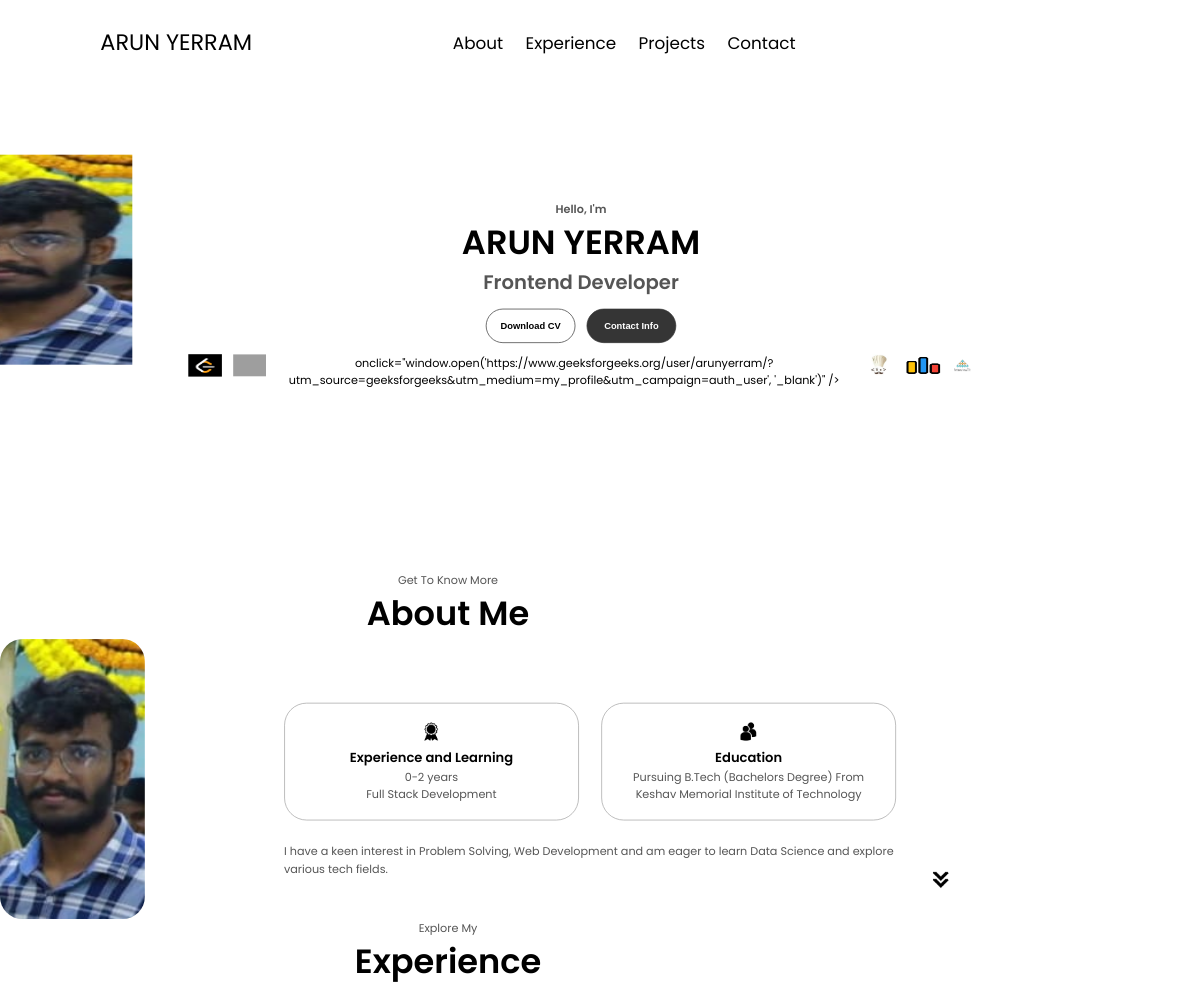
Repository: ARUN-YERRAM/ARUN-YERRAM-PORTFOLIO
Page: portfolio/index.html
The author's editor kept a copy of each file at every save. The page is drawn from the files as they stood at one save, then again after a run of saves.
The browser window is 1280 px wide. The page is 1391 px wide, then 1700 px, so the pictures cover 1700 px, including what lies to the right of the window. The pictures show the part of the page from y = 0 to 1440 px (the page is 3129 px tall), at 70% of full size.
Pictures or frames that could not be fetched are drawn as grey boxes.

Above is the page before, as saved 2024-07-07 04:43:45.

### portfolio/index.html
<!DOCTYPE html>
<html lang="en">
<head>
  <meta charset="UTF-8" />
  <meta http-equiv="X-UA-Compatible" content="IE=edge" />
  <meta name="viewport" content="width=device-width, initial-scale=1.0" />
  <title>My Portfolio</title>
  <link rel="stylesheet" href="style.css" />
  <link rel="stylesheet" href="mediaqueries.css" />
</head>
<body>
  <nav id="desktop-nav">
    <div class="logo">ARUN YERRAM</div>
    <div>
      <ul class="nav-links">
        <li><a href="#about">About</a></li>
        <li><a href="#experience">Experience</a></li>
        <li><a href="#projects">Projects</a></li>
        <li><a href="#contact">Contact</a></li>
      </ul>
    </div>
  </nav>
  <nav id="hamburger-nav">
    <div class="logo">ARUN YERRAM</div>
    <div class="hamburger-menu">
      <div class="hamburger-icon" onclick="toggleMenu()">
        <span></span>
        <span></span>
        <span></span>
      </div>
      <div class="menu-links">
        <li><a href="#about" onclick="toggleMenu()">About</a></li>
        <li><a href="#experience" onclick="toggleMenu()">Experience</a></li>
        <li><a href="#projects" onclick="toggleMenu()">Projects</a></li>
        <li><a href="#contact" onclick="toggleMenu()">Contact</a></li>
      </div>
    </div>
  </nav>
  <section id="profile">
    <div class="section__pic-container">
      <img src="./assets/Photo1.jpg" alt="John Doe profile picture" width="300px" height="300px" />
    </div>
    <div class="section__text">
      <p class="section__text__p1">Hello, I'm</p>
      <h1 class="title">ARUN YERRAM</h1>
      <p class="section__text__p2">Frontend Developer</p>
      <div class="btn-container">
        <button class="btn btn-color-2" onclick="window.open('./assets/My_Resume.pdf')">Download CV</button>
        <button class="btn btn-color-1" onclick="location.href='./#contact'">Contact Info</button>
      </div>
      <div id="socials-container">
        <img src="./assets/leetcode.png" alt="My Leetcode profile" class="icon" onclick="window.open('https://leetcode.com/u/arun_2005/', '_blank')" width="80px"/>
        <img src="./assets/GFG.jpeg" alt="My GFG profile" class="icon" width="80px"/> onclick="window.open('https://www.geeksforgeeks.org/user/arunyerram/?utm_source=geeksforgeeks&utm_medium=my_profile&utm_campaign=auth_user', '_blank')" />
        <img src="./assets/CodeChef.jpeg" alt="My CodeChef profile" class="icon" onclick="window.open('https://www.codechef.com/users/yarun2k05', '_blank')" width="80px"/>
        <img src="./assets/Codeforces.png" alt="My CodeForces profile" class="icon" width="80px"onclick="window.open('https://codeforces.com/profile/Arunyerram_12', '_blank')" />
        <img src="./assets/IB.png" alt="My InterviewBit profile" class="icon" onclick="window.open('https://www.interviewbit.com/profile/yerram-arun/', '_blank')" />
      </div>
    </div>
  </section>
  <section id="about">
    <p class="section__text__p1">Get To Know More</p>
    <h1 class="title">About Me</h1>
    <div class="section-container">
      <div class="section__pic-container">
        <img src="./assets/Photo1.jpg" alt="Profile picture" class="about-pic" />
      </div>
      <div class="about-details-container">
        <div class="about-containers">
          <div class="details-container">
            <img src="./assets/experience.png" alt="Experience icon" class="icon" />
            <h3>Experience and Learning</h3>
            <p>0-2 years <br />Full Stack Development</p>
          </div>
          <div class="details-container">
            <img src="./assets/education.png" alt="Education icon" class="icon" />
            <h3>Education</h3>
            <p>Pursuing B.Tech (Bachelors Degree) From Keshav Memorial Institute of Technology <br /></p>
          </div>
        </div>
        <div class="text-container">
          <p>I have a keen interest in Problem Solving, Web Development and am eager to learn Data Science and explore various tech fields.</p>
        </div>
      </div>
    </div>
    <img src="./assets/arrow.png" alt="Arrow icon" class="icon arrow" onclick="location.href='./#experience'" />
  </section>
  <section id="experience">
    <p class="section__text__p1">Explore My</p>
    <h1 class="title">Experience</h1>
    <div class="experience-details-container">
      <div class="about-containers">
        <div class="details-container">
          <h2 class="experience-sub-title">Frontend Development</h2>
          <div class="article-container">
            <article>
              <img src="./assets/checkmark.png" alt="Experience icon" class="icon" />
              <div>
                <h3>HTML</h3>
                <p>Experienced</p>
              </div>
            </article>

            <article>
              <img src="./assets/checkmark.png" alt="Experience icon" class="icon" />
              <div>
                <h3>CSS</h3>
                <p>Experienced</p>
              </div>
            </article>

            <article>
              <img src="./assets/checkmark.png" alt="Experience icon" class="icon" />
              <div>
                <h3>JS</h3>
                <p>Intermediate</p>
              </div>
            </article>

            <article>
              <img src="./assets/checkmark.png" alt="Experience icon" class="icon" />
              <div>
                <h3>React</h3>
                <p>Intermediate</p>
              </div>
            </article>

            <article>
              <img src="./assets/checkmark.png" alt="Experience icon" class="icon" />
              <div>
                <h3>MongoDB</h3>
                <p>Intermediate</p>
              </div>
            </article>

            <article>
              <img src="./assets/checkmark.png" alt="Experience icon" class="icon" />
              <div>
                <h3>Node JS</h3>
                <p>Intermediate</p>
              </div>
            </article>

            <article>
              <img src="./assets/checkmark.png" alt="Experience icon" class="icon" />
              <div>
                <h3>Express JS</h3>
                <p>Intermediate</p>
              </div>
            </article>

            <article>
              <img src="./assets/checkmark.png" alt="Experience icon" class="icon" />
              <div>
                <h3>Git & GitHub</h3>
                <p>Intermediate</p>
              </div>
            </article>

          </div>
        </div>
        <div class="details-container">
          <h2 class="experience-sub-title">DSA and Languages</h2>
          <div class="article-container">
            <article>
              <img src="./assets/checkmark.png" alt="Experience icon" class="icon" />
              <div>
                <h3>CPP</h3>
                <p>Intermediate</p>
              </div>
            </article>
            <article>
              <img src="./assets/checkmark.png" alt="Experience icon" class="icon" />
              <div>
                <h3>Python</h3>
                <p>Intermediate</p>
              </div>
            </article>

            <article>
              <img src="./assets/checkmark.png" alt="Experience icon" class="icon" />
              <div>
                <h3>Java</h3>
                <p>Intermediate</p>
              </div>
            </article>

            <article>
              <img src="./assets/checkmark.png" alt="Experience icon" class="icon" />
              <div>
                <h3>C</h3>
                <p>Intermediate</p>
              </div>
            </article>
          </div>
        </div>
      </div>
    </div>
    <img src="./assets/arrow.png" alt="Arrow icon" class="icon arrow" onclick="location.href='./#projects'" />
  </section>
  <section id="projects">
    <p class="section__text__p1">Browse My Recent</p>
    <h1 class="title">Projects</h1>
    <div class="experience-details-container">
      <div class="about-containers">
        <div class="details-container color-container">
          <div class="article-container">
            <img src="./assets/P1.png" alt="Project 1" class="project-img" />
          </div>
          <h2 class="experience-sub-title project-title">NYAAYSAHAAYAK</h2>
          <div class="btn-container">
            <button class="btn btn-color-2 project-btn" onclick="location.href='https://github.com/ARUN-YERRAM/NYAAYSAHAAYAK'">GitHub</button>
            <button class="btn btn-color-2 project-btn" onclick="location.href=''">Live Demo</button>
          </div>
        </div>
        <div class="details-container color-container">
          <div class="article-container">
            <img src="./assets/project-2.png" alt="Project 2" class="project-img" />
          </div>
          <h2 class="experience-sub-title project-title">LecturesCheck</h2>
          <div class="btn-container">
            <button class="btn btn-color-2 project-btn" onclick="location.href='https://github.com/ARUN-YERRAM/LecturesCheck'">GitHub</button>
            <button class="btn btn-color-2 project-btn" onclick="location.href=''">Live Demo</button>
          </div>
        </div>
      </div>
    </div>
    <img src="./assets/arrow.png" alt="Arrow icon" class="icon arrow" onclick="location.href='./#contact'" />
  </section>
  <section id="contact">
    <p class="section__text__p1">Get in Touch</p>
    <h1 class="title">Contact Me</h1>
    <div class="contact-info-upper-container">
      <div class="contact-info-container">
        <img src="./assets/email.png" alt="Email icon" class="icon contact-icon email-icon" />
        <p><a href="mailto:arunyerram12022005@gmail.com">arunyerram12022005@gmail.com</a></p>
      </div>
      <div class="contact-info-container">
        <img src="./assets/linkedin.png" alt="LinkedIn icon" class="icon contact-icon" />
        <p><a href="https://www.linkedin.com/in/arun-yerram/">LinkedIn</a></p>
      </div>
    </div>
  </section>
  <footer>
    <nav>
      <div class="nav-links-container">
        <ul class="nav-links">
          <li><a href="#about">About</a></li>
          <li><a href="#experience">Experience</a></li>
          <li><a href="#projects">Projects</a></li>
          <li><a href="#contact">Contact</a></li>
        </ul>
      </div>
    </nav>
    <p>Copyright &#169; 2024 Arun Yerram. All Rights Reserved.</p>
  </footer>
  <script src="script.js"></script>
</body>
</html>

### portfolio/style.css
/* GENERAL */

@import url("https://fonts.googleapis.com/css2?family=Poppins:wght@300;400;500;600&display=swap");

* {
  margin: 0;
  padding: 0;
}

body {
  font-family: "Poppins", sans-serif;
}

html {
  scroll-behavior: smooth;
}

p {
  color: rgb(85, 85, 85);
}

/* TRANSITION */

a,
.btn {
  transition: all 300ms ease;
}


/* DESKTOP NAV */

nav,
.nav-links {
  display: flex;
}

nav {
  justify-content: space-around;
  align-items: center;
  height: 17vh;
}

.nav-links {
  gap: 2rem;
  list-style: none;
  font-size: 1.5rem;
}

a {
  color: black;
  text-decoration: none;
  text-decoration-color: white;
}

a:hover {
  color: grey;
  text-decoration: underline;
  text-underline-offset: 1rem;
  text-decoration-color: rgb(181, 181, 181);
}

.logo {
  font-size: 2rem;
}

.logo:hover {
  cursor: default;
}

/* HAMBURGER MENU */

#hamburger-nav {
  display: none;
}

.hamburger-menu {
  position: relative;
  display: inline-block;
}

.hamburger-icon {
  display: flex;
  flex-direction: column;
  justify-content: space-between;
  height: 24px;
  width: 30px;
  cursor: pointer;
}

.hamburger-icon span {
  width: 100%;
  height: 2px;
  background-color: black;
  transition: all 0.3 ease-in-out;
}

.menu-links {
  position: absolute;
  top: 100%;
  right: 0;
  background-color: white;
  width: fit-content;
  max-height: 0;
  overflow: hidden;
  transition: all 0.3 ease-in-out;
}

.menu-links a {
  display: block;
  padding: 10px;
  text-align: center;
  font-size: 1.5rem;
  color: black;
  text-decoration: none;
  transition: all 0.3 ease-in-out;
}

.menu-links li {
  list-style: none;
}

.menu-links.open {
  max-height: 300px;
}

.hamburger-icon.open span:first-child {
  transform: rotate(45deg) translate(10px, 5px);
}

.hamburger-icon.open span:nth-child(2) {
  opacity: 0;
}

.hamburger-icon.open span:last-child {
  transform: rotate(-45deg) translate(10px, -5px);
}

.hamburger-icon span:first-child {
  transform: none;
}

.hamburger-icon span:first-child {
  opacity: 1;
}

.hamburger-icon span:first-child {
  transform: none;
}


'.icon {
  width: 40px;
  height: 40px;
  margin: 0 10px;
  cursor: pointer;
}

#socials-container {
  display: flex;
  align-items: center;
  justify-content: center;
  margin-top: 20px;
}
'

/* SECTIONS */

section {
  padding-top: 4vh;
  height: 96vh;
  margin: 0 10rem;
  box-sizing: border-box;
  min-height: fit-content;
}

.section-container {
  display: flex;
}

/* PROFILE SECTION */

#profile {
  display: flex;
  justify-content: center;
  gap: 5rem;
  height: 80vh;
}

.section__pic-container {
  display: flex;
  height: 400px;
  width: 400px;
  margin: auto 0;
}

.section__text {
  align-self: center;
  text-align: center;
}

.section__text p {
  font-weight: 600;
}

.section__text__p1 {
  text-align: center;
}

.section__text__p2 {
  font-size: 1.75rem;
  margin-bottom: 1rem;
}

.title {
  font-size: 3rem;
  text-align: center;
}

#socials-container {
  display: flex;
  justify-content: center;
  margin-top: 1rem;
  gap: 1rem;
}

/* ICONS */

.icon {
  cursor: pointer;
  height: 2rem;
}

/* BUTTONS */

.btn-container {
  display: flex;
  justify-content: center;
  gap: 1rem;
}

.btn {
  font-weight: 600;
  transition: all 300ms ease;
  padding: 1rem;
  width: 8rem;
  border-radius: 2rem;
}

.btn-color-1,
.btn-color-2 {
  border: rgb(53, 53, 53) 0.1rem solid;
}

.btn-color-1:hover,
.btn-color-2:hover {
  cursor: pointer;
}

.btn-color-1,
.btn-color-2:hover {
  background: rgb(53, 53, 53);
  color: white;
}

.btn-color-1:hover {
  background: rgb(0, 0, 0);
}

.btn-color-2 {
  background: none;
}

.btn-color-2:hover {
  border: rgb(255, 255, 255) 0.1rem solid;
}

.btn-container {
  gap: 1rem;
}

/* ABOUT SECTION */

#about {
  position: relative;
}

.about-containers {
  gap: 2rem;
  margin-bottom: 2rem;
  margin-top: 2rem;
}

.about-details-container {
  justify-content: center;
  flex-direction: column;
}

.about-containers,
.about-details-container {
  display: flex;
}

.about-pic {
  border-radius: 2rem;
}

.arrow {
  position: absolute;
  right: -5rem;
  bottom: 2.5rem;
}

.details-container {
  padding: 1.5rem;
  flex: 1;
  background: white;
  border-radius: 2rem;
  border: rgb(53, 53, 53) 0.1rem solid;
  border-color: rgb(163, 163, 163);
  text-align: center;
}

.section-container {
  gap: 4rem;
  height: 80%;
}

.section__pic-container {
  height: 400px;
  width: 400px;
  margin: auto 0;
}

/* EXPERIENCE SECTION */

#experience {
  position: relative;
}

.experience-sub-title {
  color: rgb(85, 85, 85);
  font-weight: 600;
  font-size: 1.75rem;
  margin-bottom: 2rem;
}

.experience-details-container {
  display: flex;
  justify-content: center;
  flex-direction: column;
}

.article-container {
  display: flex;
  text-align: initial;
  flex-wrap: wrap;
  flex-direction: row;
  gap: 2.5rem;
  justify-content: space-around;
}

article {
  display: flex;
  width: 10rem;
  justify-content: space-around;
  gap: 0.5rem;
}

article .icon {
  cursor: default;
}

/* PROJECTS SECTION */

#projects {
  position: relative;
}

.color-container {
  border-color: rgb(163, 163, 163);
  background: rgb(250, 250, 250);
}

.project-img {
  border-radius: 2rem;
  width: 90%;
  height: 90%;
}

.project-title {
  margin: 1rem;
  color: black;
}

.project-btn {
  color: black;
  border-color: rgb(163, 163, 163);
}

/* CONTACT */

#contact {
  display: flex;
  justify-content: center;
  flex-direction: column;
  height: 70vh;
}

.contact-info-upper-container {
  display: flex;
  justify-content: center;
  border-radius: 2rem;
  border: rgb(53, 53, 53) 0.1rem solid;
  border-color: rgb(163, 163, 163);
  background: (250, 250, 250);
  margin: 2rem auto;
  padding: 0.5rem;
}

.contact-info-container {
  display: flex;
  align-items: center;
  justify-content: center;
  gap: 0.5rem;
  margin: 1rem;
}

.contact-info-container p {
  font-size: larger;
}

.contact-icon {
  cursor: default;
}

.email-icon {
  height: 2.5rem;
}

/* FOOTER SECTION */

footer {
  height: 26vh;
  margin: 0 1rem;
}

footer p {
  text-align: center;
}

### portfolio/mediaqueries.css
@media screen and (max-width: 1400px) {
  #profile {
    height: 83vh;
    margin-bottom: 6rem;
  }
  .about-containers {
    flex-wrap: wrap;
  }
  #contact,
  #projects {
    height: fit-content;
  }
}

@media screen and (max-width: 1200px) {
  #desktop-nav {
    display: none;
  }
  #hamburger-nav {
    display: flex;
  }
  #experience,
  .experience-details-container {
    margin-top: 2rem;
  }
  #profile,
  .section-container {
    display: block;
  }
  .arrow {
    display: none;
  }
  section,
  .section-container {
    height: fit-content;
  }
  section {
    margin: 0 5%;
  }
  .section__pic-container {
    width: 275px;
    height: 275px;
    margin: 0 auto 2rem;
  }
  .about-containers {
    margin-top: 0;
  }
}

@media screen and (max-width: 600px) {
  #contact,
  footer {
    height: 40vh;
  }
  #profile {
    height: 83vh;
    margin-bottom: 0;
  }
  article {
    font-size: 1rem;
  }
  footer nav {
    height: fit-content;
    margin-bottom: 2rem;
  }
  .about-containers,
  .contact-info-upper-container,
  .btn-container {
    flex-wrap: wrap;
  }
  .contact-info-container {
    margin: 0;
  }
  .contact-info-container p,
  .nav-links li a {
    font-size: 1rem;
  }
  .experience-sub-title {
    font-size: 1.25rem;
  }
  .logo {
    font-size: 1.5rem;
  }
  .nav-links {
    flex-direction: column;
    gap: 0.5rem;
    text-align: center;
  }
  .section__pic-container {
    width: auto;
    height: 46vw;
    justify-content: center;
  }
  .section__text__p2 {
    font-size: 1.25rem;
  }
  .title {
    font-size: 2rem;
  }
  .text-container {
    text-align: justify;
  }
}

Loaded but not shown: portfolio/script.js (common file)

After the next 2 saves:
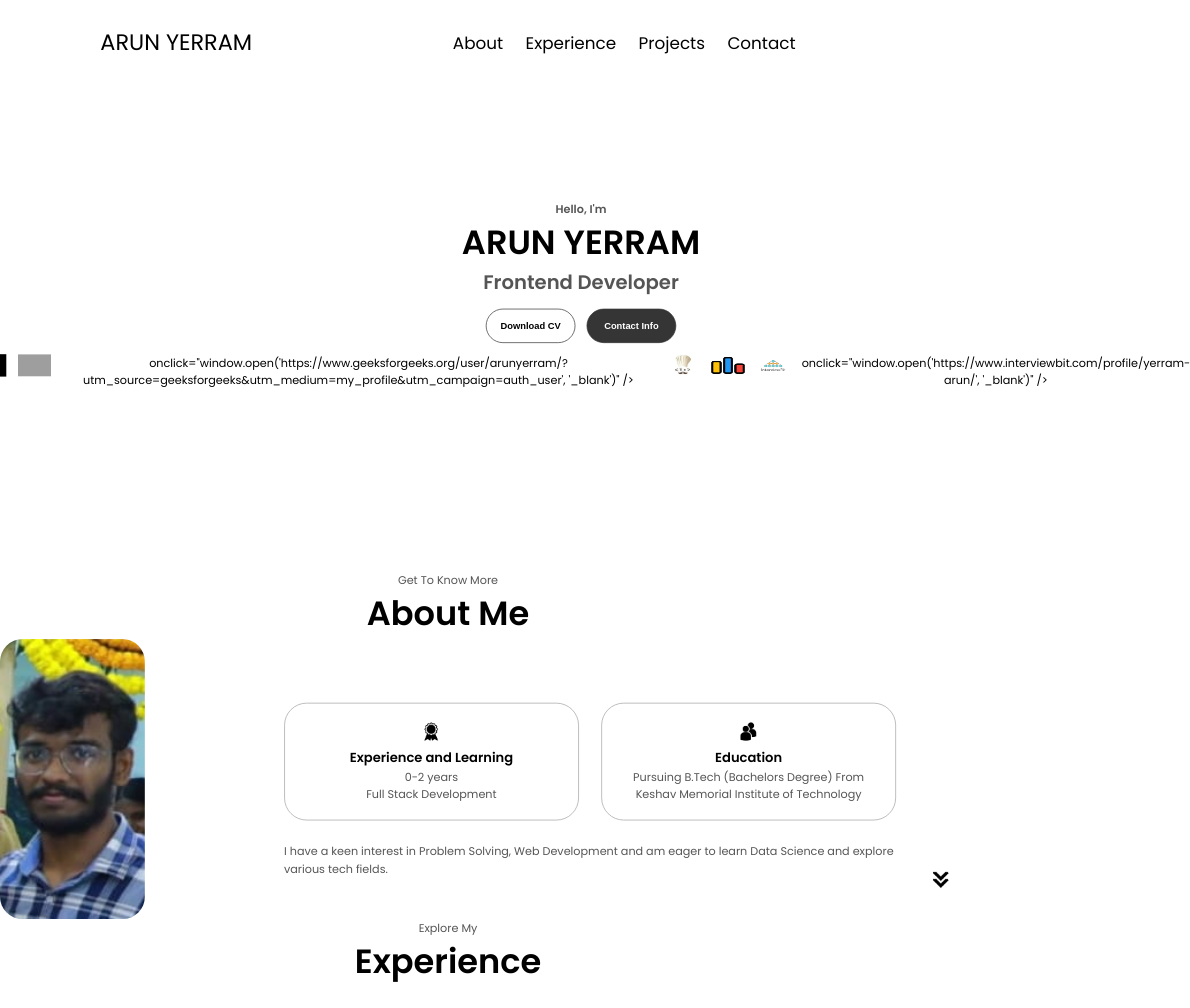
The 2 saves are shown as one change because they came seconds apart.
The last was saved 9 s later.
--- a/portfolio/index.html
+++ b/portfolio/index.html
@@ -53,7 +53,7 @@
         <img src="./assets/GFG.jpeg" alt="My GFG profile" class="icon" width="80px"/> onclick="window.open('https://www.geeksforgeeks.org/user/arunyerram/?utm_source=geeksforgeeks&utm_medium=my_profile&utm_campaign=auth_user', '_blank')" />
         <img src="./assets/CodeChef.jpeg" alt="My CodeChef profile" class="icon" onclick="window.open('https://www.codechef.com/users/yarun2k05', '_blank')" width="80px"/>
         <img src="./assets/Codeforces.png" alt="My CodeForces profile" class="icon" width="80px"onclick="window.open('https://codeforces.com/profile/Arunyerram_12', '_blank')" />
-        <img src="./assets/IB.png" alt="My InterviewBit profile" class="icon" onclick="window.open('https://www.interviewbit.com/profile/yerram-arun/', '_blank')" />
+        <img src="./assets/IB.png" alt="My InterviewBit profile" class="icon" width="80px"/> onclick="window.open('https://www.interviewbit.com/profile/yerram-arun/', '_blank')" />
       </div>
     </div>
   </section>
